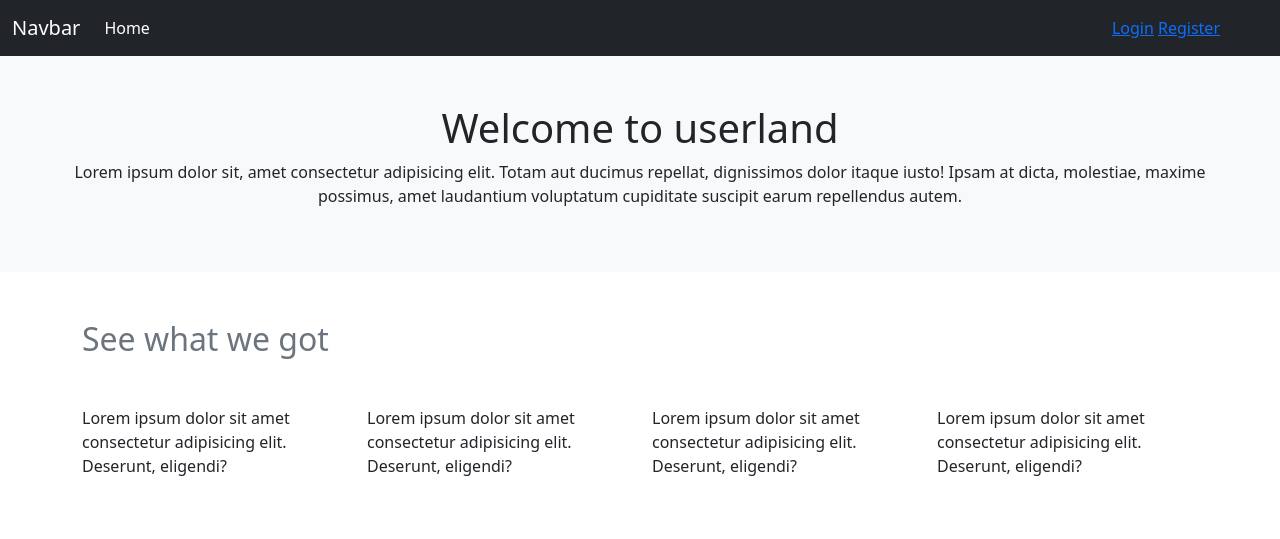
Repository: BrittleHeart/symfony-users--crud
Page: templates/home/home.html.twig
The author's editor kept a copy of each file at every save. The page is drawn from the files as they stood at one save, then again after the next save.
The browser window is 1280 px wide. The pictures show the whole page.
The page is a Twig template of a Symfony application; nobody is signed in and links lead nowhere. The template is opened directly, without the code that normally fills it, so the values that code supplies are empty.

Above is the page before, as saved 2021-02-20 15:52:53.

After the next save:
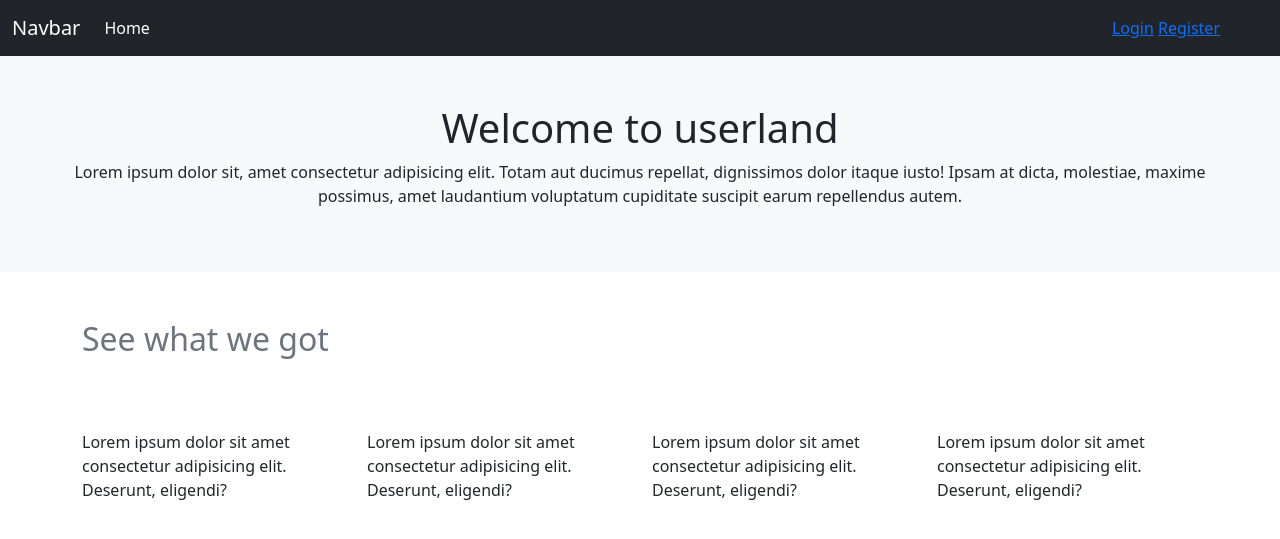
Saved 13 s later.
--- a/templates/home/home.html.twig
+++ b/templates/home/home.html.twig
@@ -12,15 +12,19 @@
 			<h2 class="text-muted">See what we got</h2>
 			<div class="row mt-5">
 				<div class="col-md-3">
+                    <img src="" alt="">
 					<p>Lorem ipsum dolor sit amet consectetur adipisicing elit. Deserunt, eligendi?</p>
 				</div>
 				<div class="col-md-3">
+                    <img src="" alt="">
 					<p>Lorem ipsum dolor sit amet consectetur adipisicing elit. Deserunt, eligendi?</p>
 				</div>
 				<div class="col-md-3">
+                    <img src="" alt="">
 					<p>Lorem ipsum dolor sit amet consectetur adipisicing elit. Deserunt, eligendi?</p>
 				</div>
 				<div class="col-md-3">
+                    <img src="" alt="">
 					<p>Lorem ipsum dolor sit amet consectetur adipisicing elit. Deserunt, eligendi?</p>
 				</div>
 			</div>
